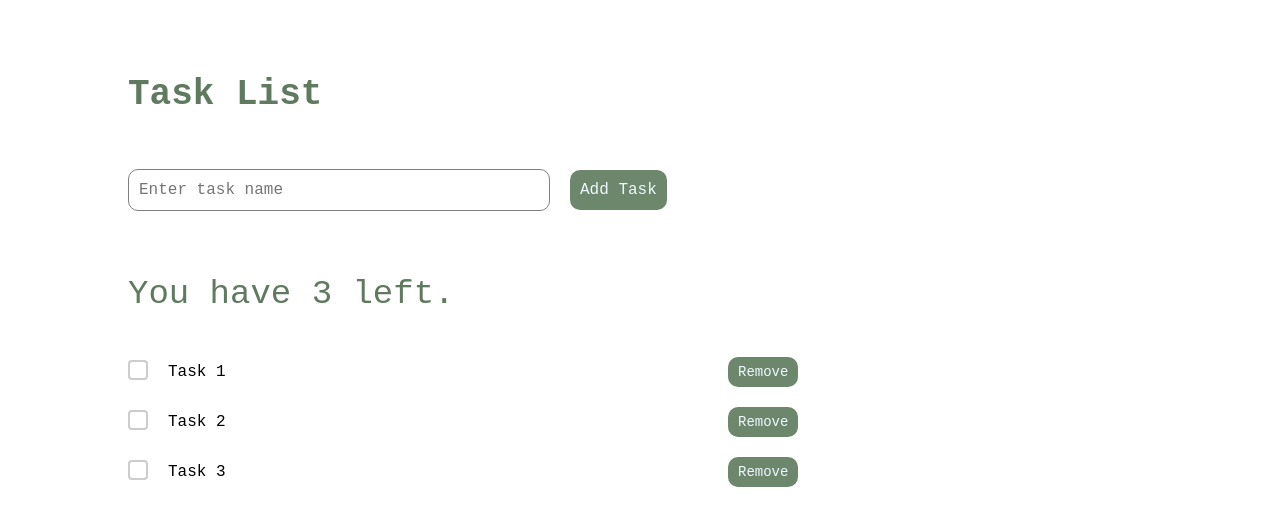
Repository: SandyLy453/task-list
Page: /
These files come from the project's save history. The page is drawn as it stood at one moment and after the next save; the edit follows.
The browser window is 1280 px wide. The pictures show the whole page.
The project was rebuilt for these pictures with package versions that can differ from the ones it lists, and the page was loaded fresh each time. Also part of the build but not shown: vite.config.js.

Above is the page before, as saved 2024-10-11 15:42:51.

### src/App.jsx
import { useState } from 'react';
import Task from './components/Task';
import TaskForm from './components/TaskForm';

function App() {
  const [tasks, setTasks] = useState([
    { name: 'Task 1', checked: false },
    { name: 'Task 2', checked: false },
    { name: 'Task 3', checked: false }
  ]);

  // Function to calculate the number of unchecked tasks
  const getUncheckedCount = () => {
    return tasks.filter((task) => !task.checked).length;
  };

  // Function to add a new task
  const addTask = (taskName) => {
    setTasks([...tasks, { name: taskName, checked: false }]); // New tasks are unchecked by default
  };

  // Function to remove a task
  const removeTask = (taskName) => {
    setTasks(tasks.filter((task) => task.name !== taskName));
  };

  // Function to toggle the task status
  const toggleTaskStatus = (taskName) => {
    const updatedTasks = tasks.map((task) =>
      task.name === taskName ? { ...task, checked: !task.checked } : task
    );
    setTasks(updatedTasks); // Update the task's checked status in the parent state
  };

  return (
    <>
      <div className="container">
        <h1 className="title">Task List</h1>
        <TaskForm addTask={addTask} />
        <p className="note">You have {getUncheckedCount()} left.</p>
        <div>
          {tasks.map((task, index) => (
            <Task
              key={index}
              name={task.name}
              checked={task.checked}
              toggleTaskStatus={toggleTaskStatus}
              removeTask={removeTask}
            />
          ))}
        </div>
      </div>
    </>
  );
}

export default App;

### src/index.css
.container {
  padding: 20px;
  margin: 30px 100px;
}

.title {
  font-family: monospace;
  font-size: 36px;
  color: rgb(95, 122, 95);
}

.note {
  font-family: monospace;
  font-size: 34px;
  color: rgb(95, 122, 95);
}

.inputBox {
  padding: 10px 0 10px 0;
}

.input {
  height: 20px;
  width: 400px;
  padding: 10px;
  font-size: 16px;
  font-family: monospace;
  margin: 20px 20px 20px 0;
  border-radius: 10px;
  border: 1px solid gray;
}

.sm-btn{
  height: 40px;
  padding: 10px;
  font-size: 16px;
  font-family: monospace;
  background-color: rgb(108, 135, 108);
  color: aliceblue;
  border: none;
  border-radius: 10px;
}

.sm-btn:hover {
  background-color: rgb(84, 103, 84);
}

.task {
  display: flex;
  flex-direction: row;
  align-items: center;
  gap: 20px;
}

.checkBox {
  width: 20px;
  height: 20px;
  appearance: none;
  background-color: white;
  border: 2px solid #ccc;
  border-radius: 4px;
  cursor: pointer;
  position: relative;
  margin: 6px 0;
}

.checkBox:checked {
  background-color: rgb(108, 135, 108);
}

.checkBox:checked::after {
  content: "";
  display: block;
  width: 4px;
  height: 10px;
  border: solid white;
  border-width: 0 2px 2px 0;
  transform: rotate(45deg);
  position: absolute;
  top: 0px;
  left: 5px;
}

.content {
  width: 540px;
  display: flex;
  word-wrap: normal;
  font-family: monospace;
  font-size: 16px;
}

.task-delete {
  height: 30px;
  padding: 10px;
  align-items: center;
  align-self: center;
  display: flex;
  justify-content: center;
  font-size: 14px;
  font-family: monospace;
  background-color: rgb(108, 135, 108);
  color: aliceblue;
  border: none;
  border-radius: 10px;
}

.task-delete:hover {
  background-color: rgb(84, 103, 84);
}

### src/components/Task.jsx
import { useRef, useEffect } from "react";

export default function Task({ name, checked, removeTask, toggleTaskStatus }) {
  const checkboxRef = useRef(null);
  const taskNameRef = useRef(null);

  useEffect(() => {
    const checkbox = checkboxRef.current;
    const crossText = taskNameRef.current;

    // Handle the initial checked state
    if (checked) {
      checkbox.checked = true;
      crossText.style.textDecoration = "line-through";
    } else {
      checkbox.checked = false;
      crossText.style.textDecoration = "none";
    }

    const handleCheckBoxChange = () => {
      toggleTaskStatus(name);
    };

    checkbox.addEventListener("change", handleCheckBoxChange);

    return () => {
      checkbox.removeEventListener("change", handleCheckBoxChange);
    };
  }, [name, checked, toggleTaskStatus]);

  return (
    <>
      <div className="task">
        <label>
          <input type="checkbox" ref={checkboxRef} className="checkBox"/>
        </label>
        <p ref={taskNameRef} className="content">{name}</p>
        <button className="task-delete" onClick={() => removeTask(name)}>
          Remove
        </button>
      </div>
    </>
  );
}

### src/components/TaskForm.jsx
import { useState } from "react";

export default function TaskForm({ addTask }) {
  const [inputValue, setInputValue] = useState("");

  const handleSubmit = (e) => {
    e.preventDefault();
    if (inputValue.trim() !== "") {
      addTask(inputValue);
      setInputValue(""); // clear the input
    }
  };

  return (
    <form onSubmit={handleSubmit} className="inputBox">
      <input
        type="text"
        value={inputValue}
        onChange={(e) => setInputValue(e.target.value)}
        placeholder="Enter task name"
        className="input"
      />
      <button type="submit" className="sm-btn">Add Task</button>
    </form>
  );
}

Loaded but not shown: index.html (common file); src/main.jsx (common file)

After the next save:
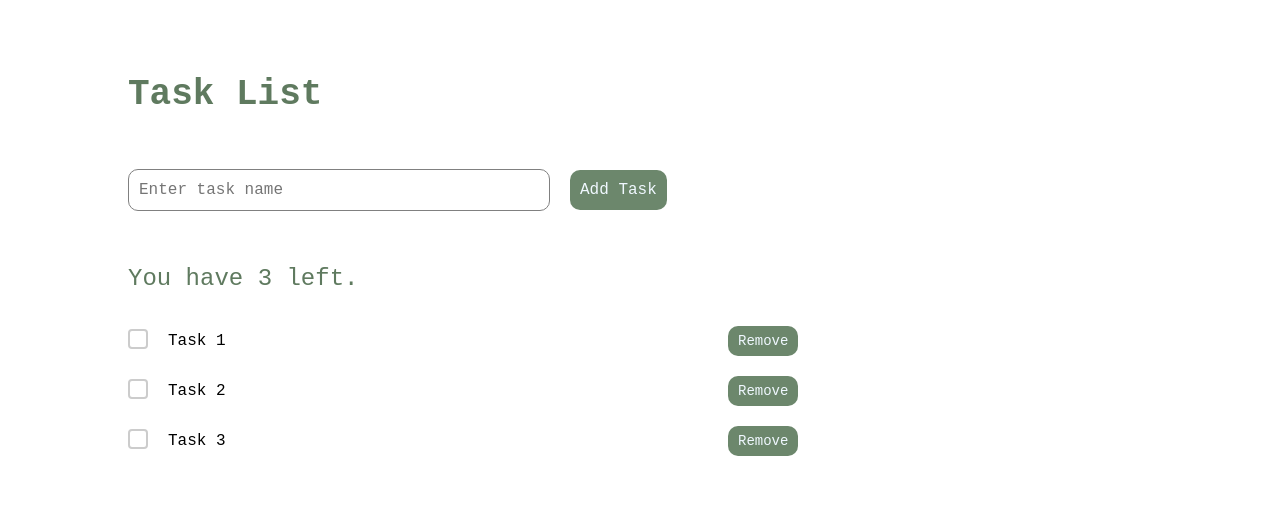
Saved 6 s later.
--- a/src/index.css
+++ b/src/index.css
@@ -11,7 +11,7 @@
 
 .note {
   font-family: monospace;
-  font-size: 34px;
+  font-size: 24px;
   color: rgb(95, 122, 95);
 }
 
